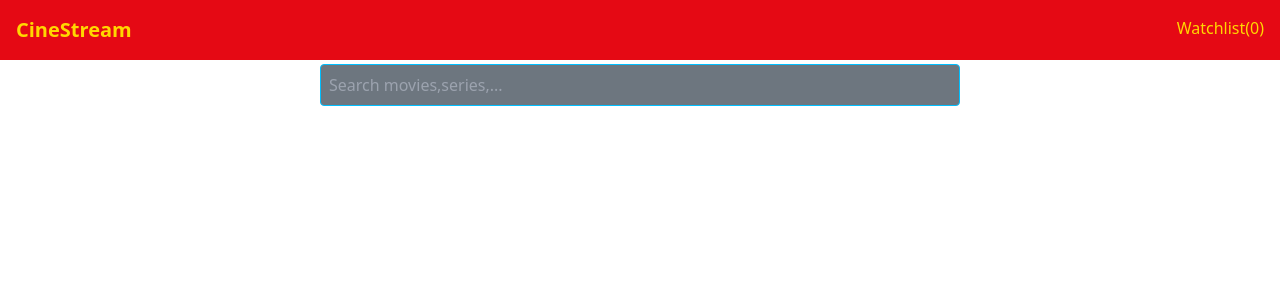
Repository: Reshmashameem31/Cine-Stream
Page: / (app in movie-project/)
The author's editor kept a copy of each file at every save. The page is drawn from the files as they stood at one save, then again after a run of saves.
The browser window is 1280 px wide. The pictures show the whole page.
The project was rebuilt for these pictures with package versions that can differ from the ones it lists, and the page was loaded fresh each time. Also part of the build but not shown: movie-project/vite.config.js, movie-project/src/pages/WatchList.jsx.

Above is the page before, as saved 2025-08-15 17:40:41.

After the next 5 saves:
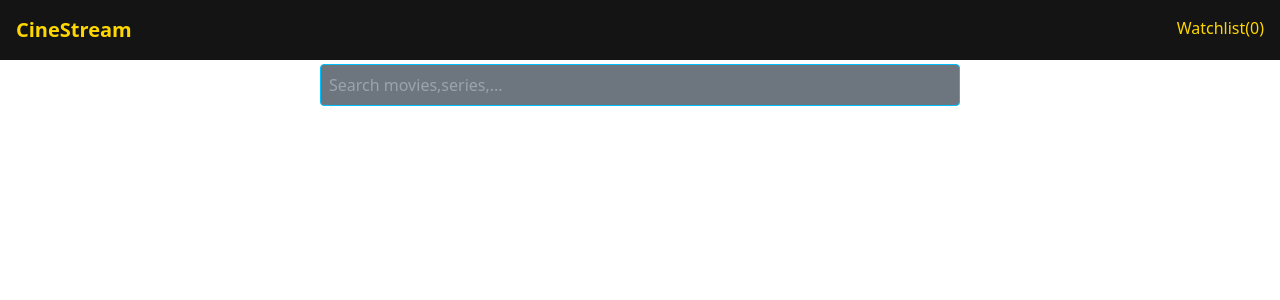
The 5 saves are shown as one change because they came seconds apart.
The last was saved 60 s later.
--- a/movie-project/src/pages/Navbar.jsx
+++ b/movie-project/src/pages/Navbar.jsx
@@ -3,7 +3,7 @@ import { Link } from 'react-router-dom'
 
 const Navbar = () => {
   return (
-    <nav className='p-4 bg-[#E50914] text-[#FFD700]  flex justify-between fixed w-full top-0'>
+    <nav className='p-4 bg-[#141414] text-[#FFD700]  flex justify-between fixed w-full top-0'>
       <Link to="/" className='font-bold text-xl hover:text-[#00E5FF] '>CineStream</Link>
       <Link to="/watchlist" className='text-l hover:text-[#00E5FF]'>Watchlist(0)</Link>
     </nav>
